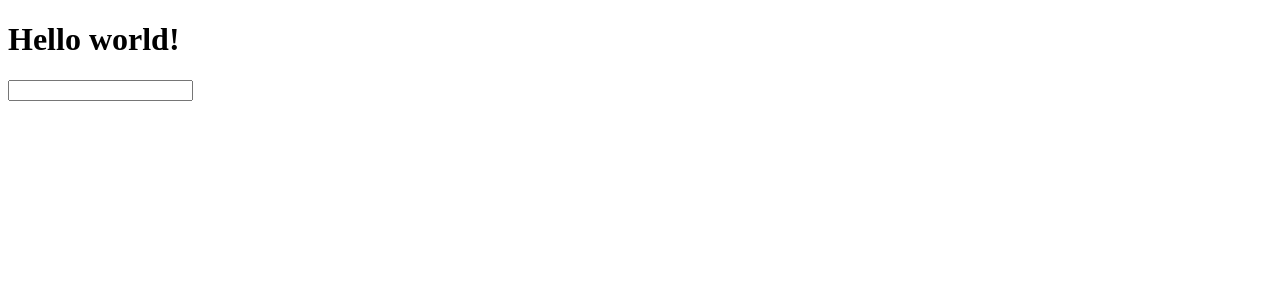
Repository: cjl1828103646/G25
Page: sqsx1/WebContent/index.html
The author's editor kept a copy of each file at every save. The page is drawn from the files as they stood at one save, then again after the next save.
The browser window is 1280 px wide. The pictures show the whole page.

Above is the page before, as saved 2023-06-26 06:15:12.

### sqsx1/WebContent/index.html
<!DOCTYPE html>
<html>
<head>
<meta charset="UTF-8">
<title>Insert title here</title>
</head>
<body>
<h1>Hello world!</h1>
<input type="text">
</body>
</html>

After the next save:
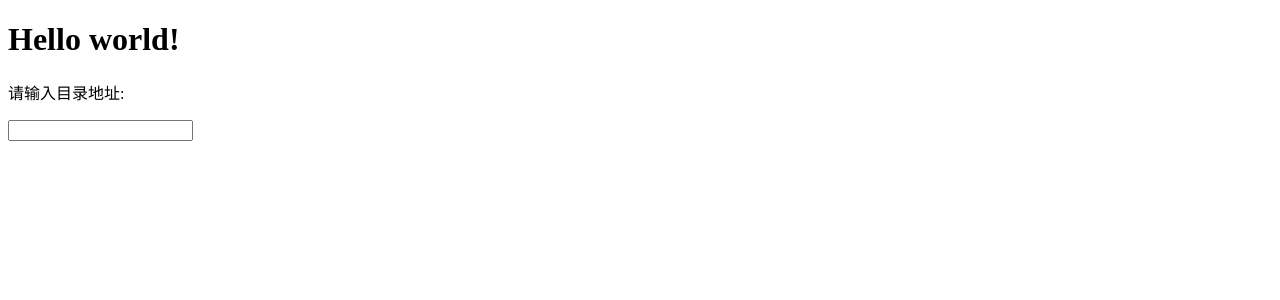
Saved 2 min 20 s later.
--- a/sqsx1/WebContent/index.html
+++ b/sqsx1/WebContent/index.html
@@ -6,6 +6,7 @@
 </head>
 <body>
 <h1>Hello world!</h1>
+<p>请输入目录地址:</p>
 <input type="text">
 </body>
 </html>
